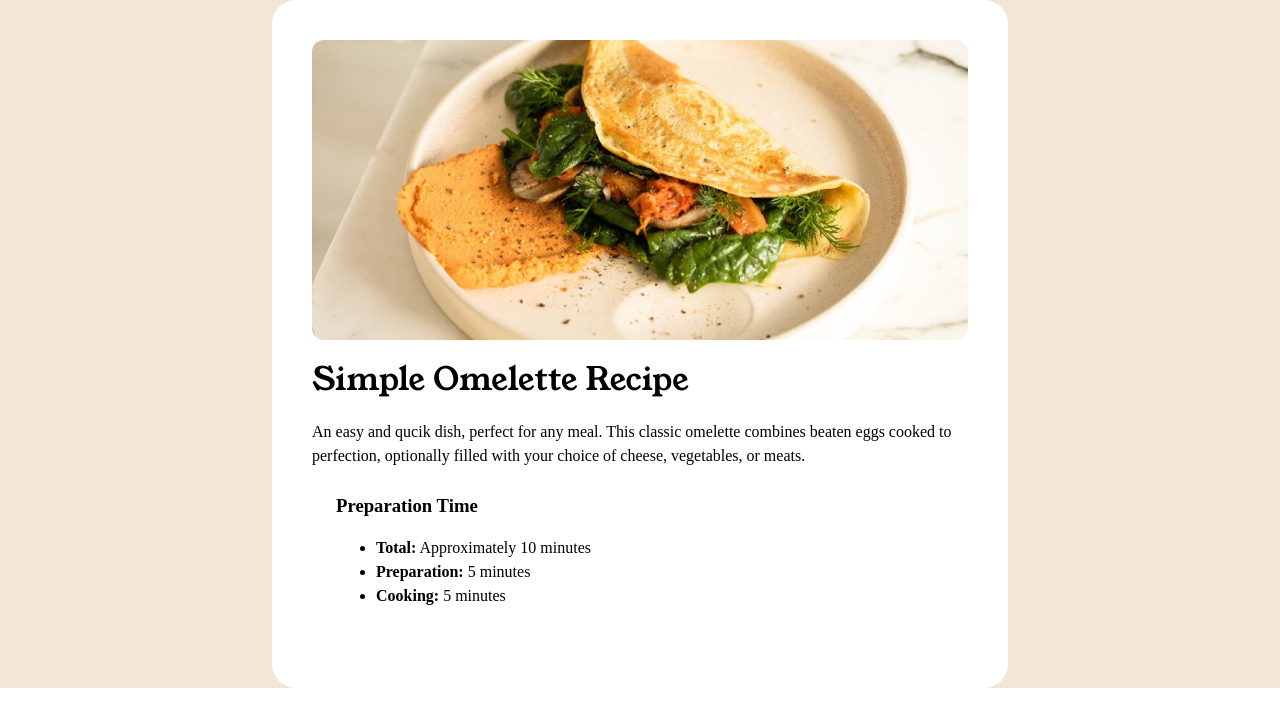
Repository: brandontaylor1/recipe-page
Page: index.html
These files come from the project's save history. The page is drawn as it stood at one moment and after the next save; the edit follows.
The browser window is 1280 px wide. The pictures show the whole page.

Above is the page before, as saved 2024-12-28 21:56:11.

After the next save:
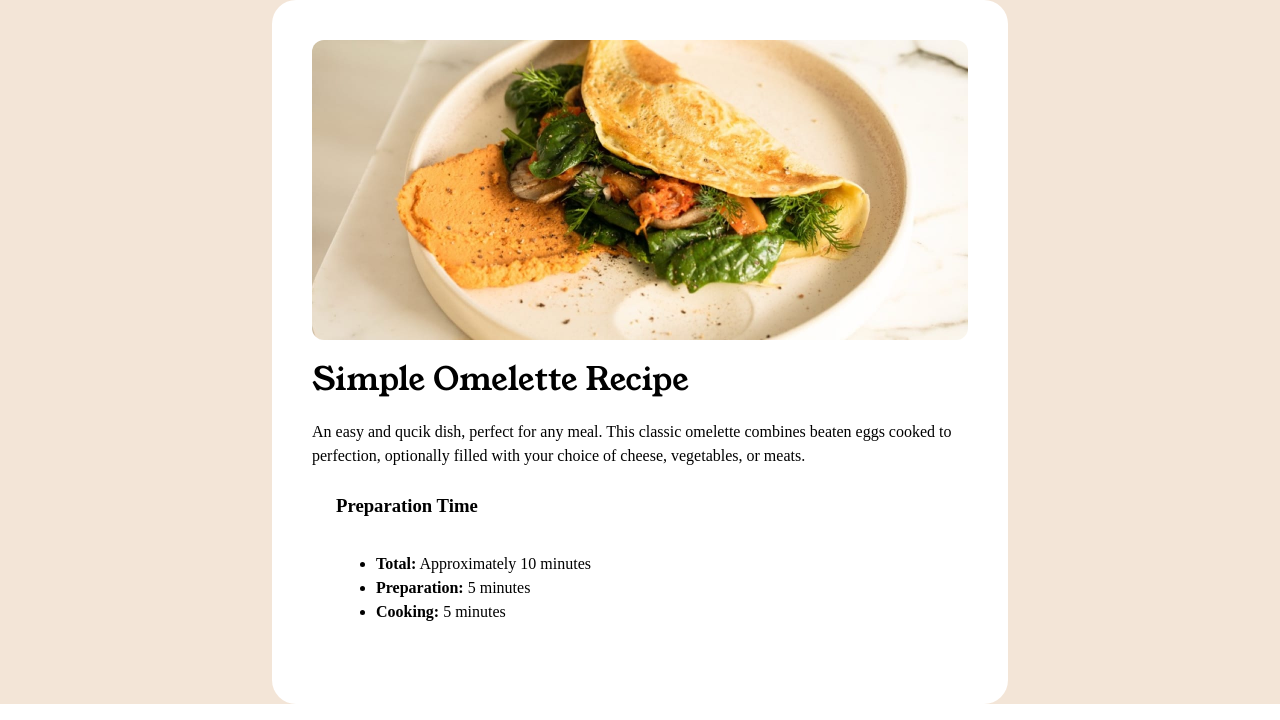
Saved 4 s later.
--- a/styles.css
+++ b/styles.css
@@ -166,5 +166,5 @@
     flex-direction: column;
     align-items: flex-start;
     padding: 24px;
-    gap: 1
+    gap: 16px;
 }

After the save that followed:
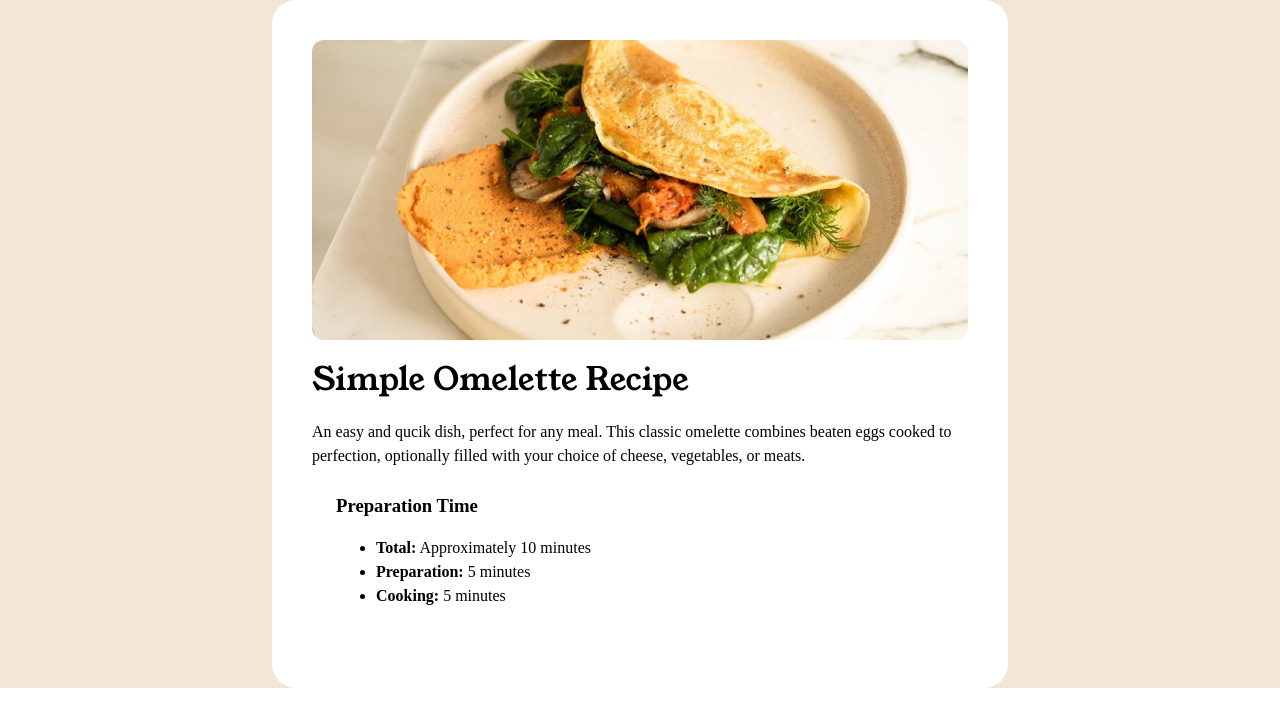
Saved 6 s later.
--- a/styles.css
+++ b/styles.css
@@ -166,5 +166,4 @@
     flex-direction: column;
     align-items: flex-start;
     padding: 24px;
-    gap: 16px;
 }
